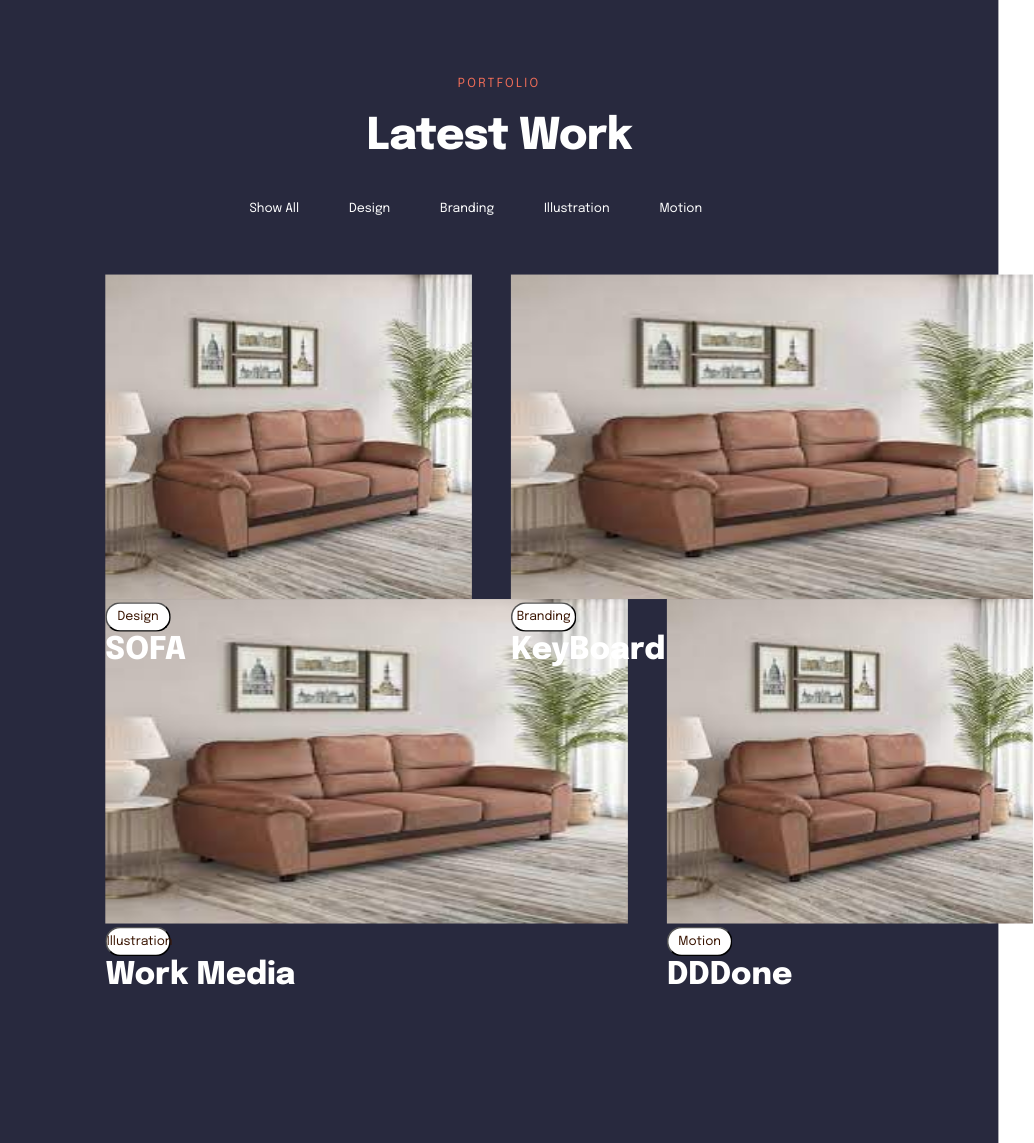
Repository: MehdiKerimov/Figma-task-13
Page: index.html
These files come from the project's save history. The page is drawn as it stood at one moment and after the next save; the edit follows.
The browser window is 1280 px wide. The page is 1325 px wide, so the pictures cover 1325 px, including what lies to the right of the window. The pictures show the whole page, at 78% of full size.

Above is the page before, as saved 2023-09-26 10:40:44.

After the next save:
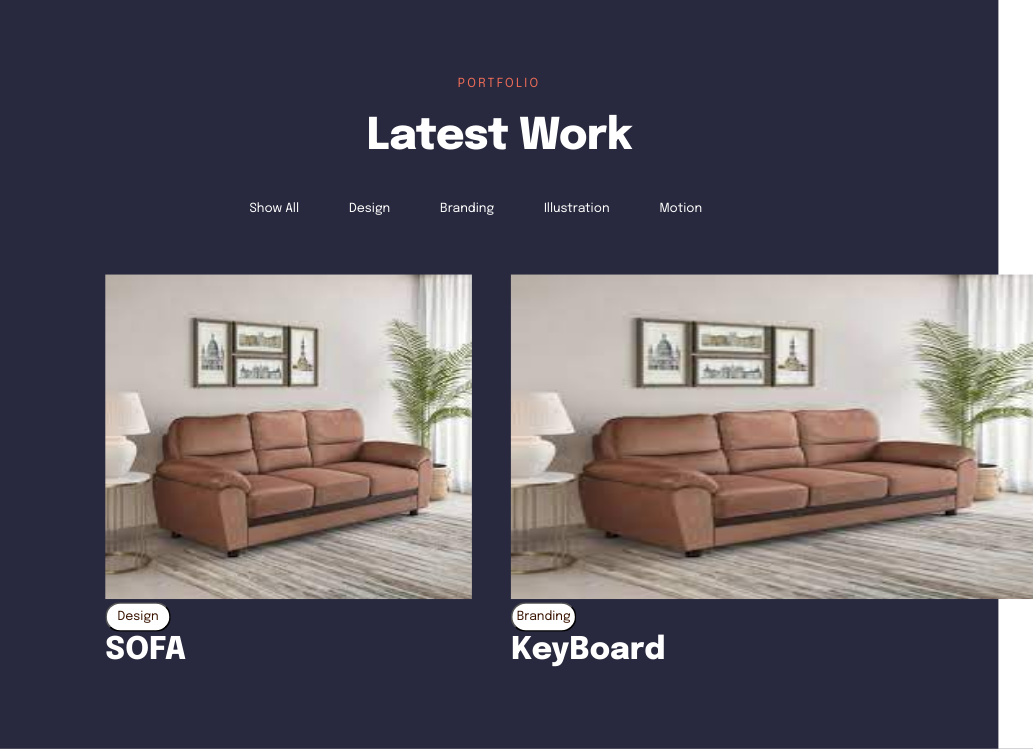
Saved 12 s later.
--- a/index.html
+++ b/index.html
@@ -43,7 +43,7 @@
             </div>
           </div>
         </div>
-        <div class="box-container-2">
+        <!-- <div class="box-container-2">
           <div class="box-3 box">
             <img
               src="data:[embedded picture, 10047 characters]"
@@ -65,7 +65,7 @@
               <h4>DDDone</h4>
             </div>
           </div>
-        </div>
+        </div> -->
       </div>
     </div>
   </body>
